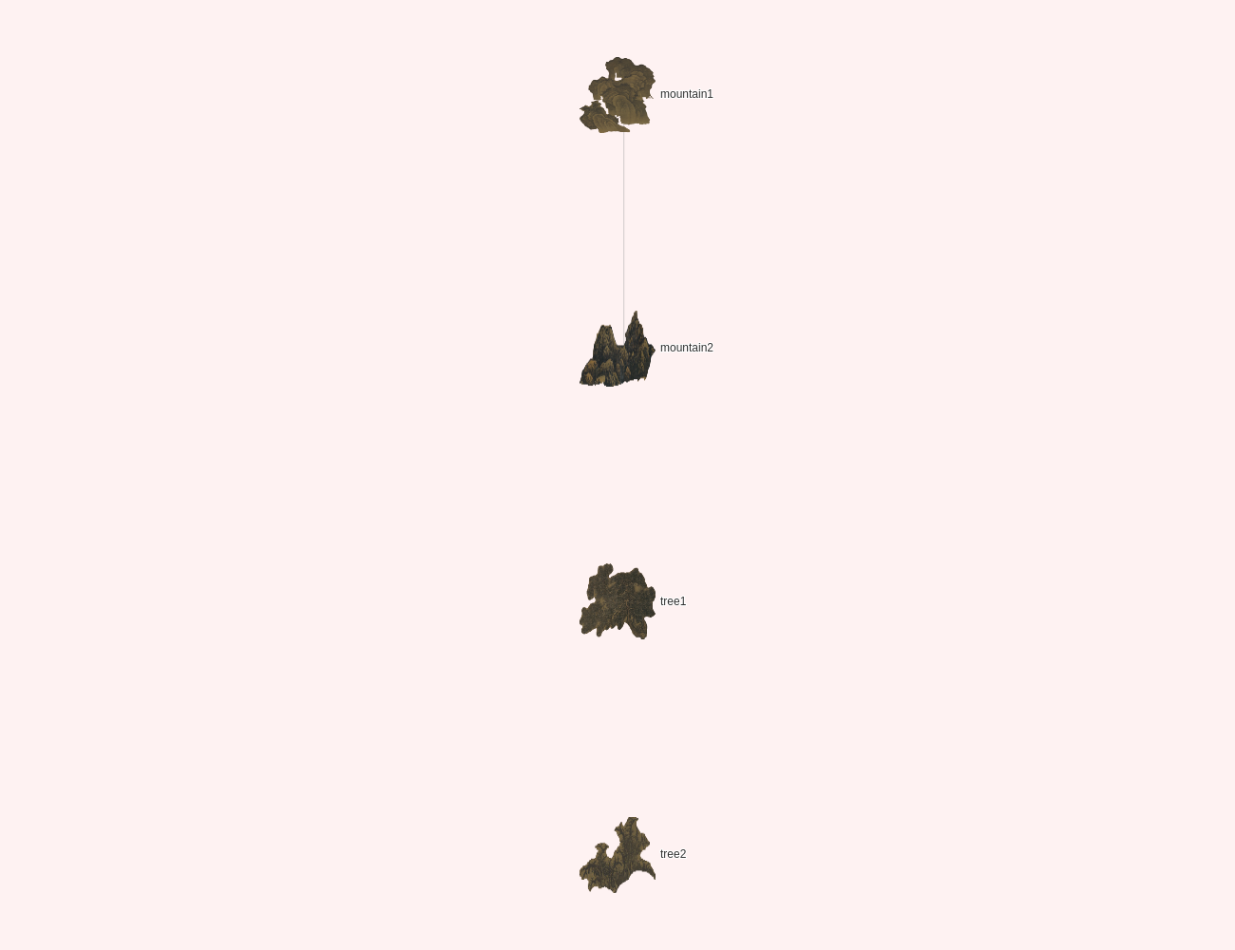
Repository: gaosth/Eyesee
Page: /link
These files come from the project's save history. The page is drawn as it stood at one moment and after a run of saves; the edit follows.
The browser window is 1280 px wide. The page is 1300 px wide, so the pictures cover 1300 px, including what lies to the right of the window. The pictures show the whole page, at 95% of full size.
The project was rebuilt for these pictures with package versions that can differ from the ones it lists, and the page was loaded fresh each time. Also part of the build but not shown: vite.config.js, src/components/WelcomeItem.vue, src/components/icons/IconDocumentation.vue, src/components/icons/IconTooling.vue, src/components/icons/IconEcosystem.vue, src/components/icons/IconCommunity.vue, src/components/icons/IconSupport.vue, src/components/TheWelcome.vue and 16 more.

Above is the page before, as saved 2024-03-19 15:42:57.

### src/main.js
import './assets/main.css'

import { createApp } from 'vue'
import { createPinia } from 'pinia'

import App from './App.vue'
import router from './router'
import axios from 'axios'

axios.defaults.baseURL = 'http://127.0.0.1:8000'

const app = createApp(App)

app.use(createPinia())
// app.use(router)
app.use(router,axios)

app.mount('#app')

### src/App.vue
<template>
  <main>
    <RouterView />
  </main>
</template>

### src/router/index.js
import { createRouter, createWebHistory } from 'vue-router'
import HomeView from '../views/HomeView.vue'
import Agent from '../views/Agent.vue'
import Heatmap from '../components/Heatmap.vue'
import Test from '../views/reference.vue'
import DetailView from '../views/DetailView.vue'
import Detail2View from '../views/Detail2View.vue'
import AnalyzeView from '../views/AnalyzeView.vue'
import Sankey from '../components/Sankey.vue'
import LinkView from '../components/imgLink.vue'

const router = createRouter({
  history: createWebHistory(import.meta.env.BASE_URL),
  routes: [
    {
      path: '/',
      name: 'home',
      component: Agent
    },
    {
      path: '/about',
      name: 'about',
      // route level code-splitting
      // this generates a separate chunk (About.[hash].js) for this route
      // which is lazy-loaded when the route is visited.
      component: () => import('../views/AboutView.vue')
    },
    {
      path: '/Agent',
      name: 'Agent',
      component: Agent
    },
    {
      path: '/Heatmap',
      name: 'Heatmap',
      component: Heatmap
    },
    {
      path: '/test',
      name: 'test',
      component: Test
    },
    {
      path: '/detail',
      name: 'detail',
      component: DetailView
    },
    {
      path: '/detail2',
      name: 'detail2',
      component: Detail2View
    },
    {
      path: '/analyze',
      name: 'analyze',
      component: AnalyzeView
    },
    {
      path: '/sankey',
      name: 'sankey',
      component: Sankey
    },
    {
      path: '/link',
      name: 'link',
      component: LinkView
    },
  ]
})

export default router

### src/components/imgLink.vue
<template>
    <div ref="chartDom" class="chartDom bg-red-50" style="width: 1300px;height:1000px;">
    </div>
  </template>

  <script setup>
  import * as echarts from 'echarts'
  import { ref, onMounted, watch } from 'vue'
  const chartDom = ref()
  import mt1 from '@/assets/case2/mountain1/01.png'
  import mt2 from '@/assets/case2/mountain2/02.png'
  import tr1 from '@/assets/case2/tree1/01.png'
  import tr2 from '@/assets/case2/tree2/02.png'
  import mt1_n1 from '@/assets/case2/mountain1/郭熙11.png'
  import mt1_n2 from '@/assets/case2/mountain1/郭熙12.png'
  import mt1_n3 from '@/assets/case2/mountain1/郭熙21.png'
  import mt1_n4 from '@/assets/case2/mountain1/郭熙22.png'
  import mt1_n5 from '@/assets/case2/mountain1/郭熙31.png'
  import mt1_n6 from '@/assets/case2/mountain1/郭熙41.png'
  import mt1_n7 from '@/assets/case2/mountain1/郭熙42.png'
  import mt1_n8 from '@/assets/case2/mountain1/郭熙51.png'
  import mt1_n9 from '@/assets/case2/mountain1/郭熙81.png'

  const option = {
    tooltip: {
    },
    series: {
            type: 'graph',
            layout: 'none',
            data: [
            {
                id: '0',
                name: 'mountain1',
                symbolSize: 80,
                symbol: 'image://' + mt1,
                x: 100,
                y: 100

            },
            {
                id: '1',
                name: 'mountain2',
                symbolSize: 80,
                symbol: 'image://' + mt2,
                x: 100,
                y: 120
            },
            {
                id: '2',
                name: 'tree1',
                symbolSize: 80,
                symbol: 'image://' + tr1,
                x: 100,
                y: 140
            },
            {
                id: '3',
                name: 'tree2',
                symbolSize: 80,
                symbol: 'image://' + tr2,
                x: 100,
                y: 160
            },
            ],
            links: [
            {
                source: '0',
                target: '1',
            },
            ],
            roam: true,
            label: {
                show: true,
                position: 'right',
                formatter: '{b}'
            },
            labelLayout: {
                hideOverlap: true
            },
            scaleLimit: {
                min: 0.4,
                max: 2
            },
        }
  }
  // 不赋值给ref响应式Proxy对象
  let chart

  onMounted(() => {
    chart = echarts.init(chartDom.value)
    chart.setOption(option)
  })
  </script>

Loaded but not shown: index.html (common file); src/assets/main.css (common file); tailwind.config.js (common file)

After the next 2 saves:
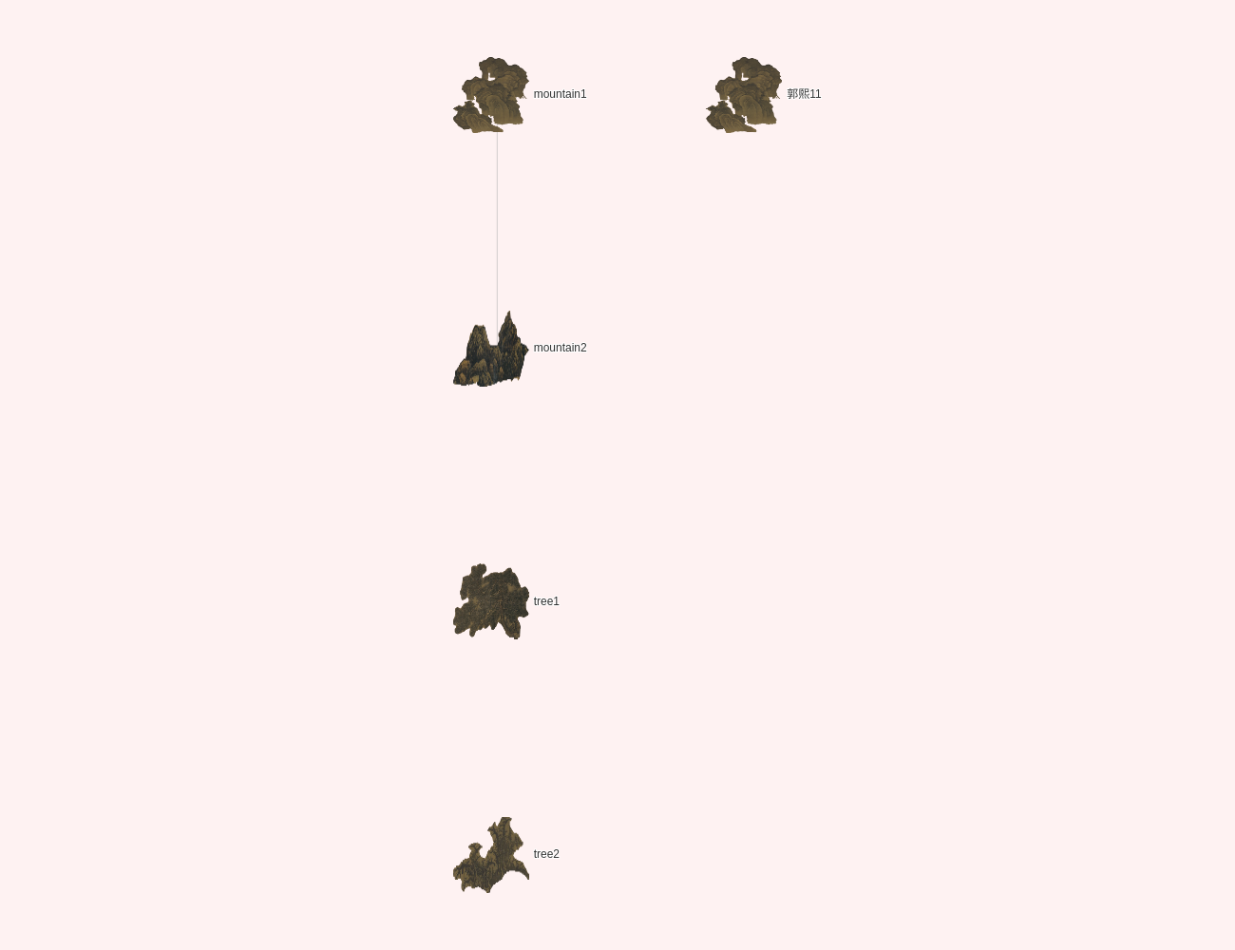
The 2 saves are shown as one change because they came seconds apart.
The last was saved 78 s later.
--- a/src/components/imgLink.vue
+++ b/src/components/imgLink.vue
@@ -61,6 +61,15 @@
                 x: 100,
                 y: 160
             },
+            {
+                id: '01',
+                name: '郭熙11',
+                symbolSize: 80,
+                symbol: 'image://' + mt1,
+                x: 120,
+                y: 100
+
+            },
             ],
             links: [
             {
